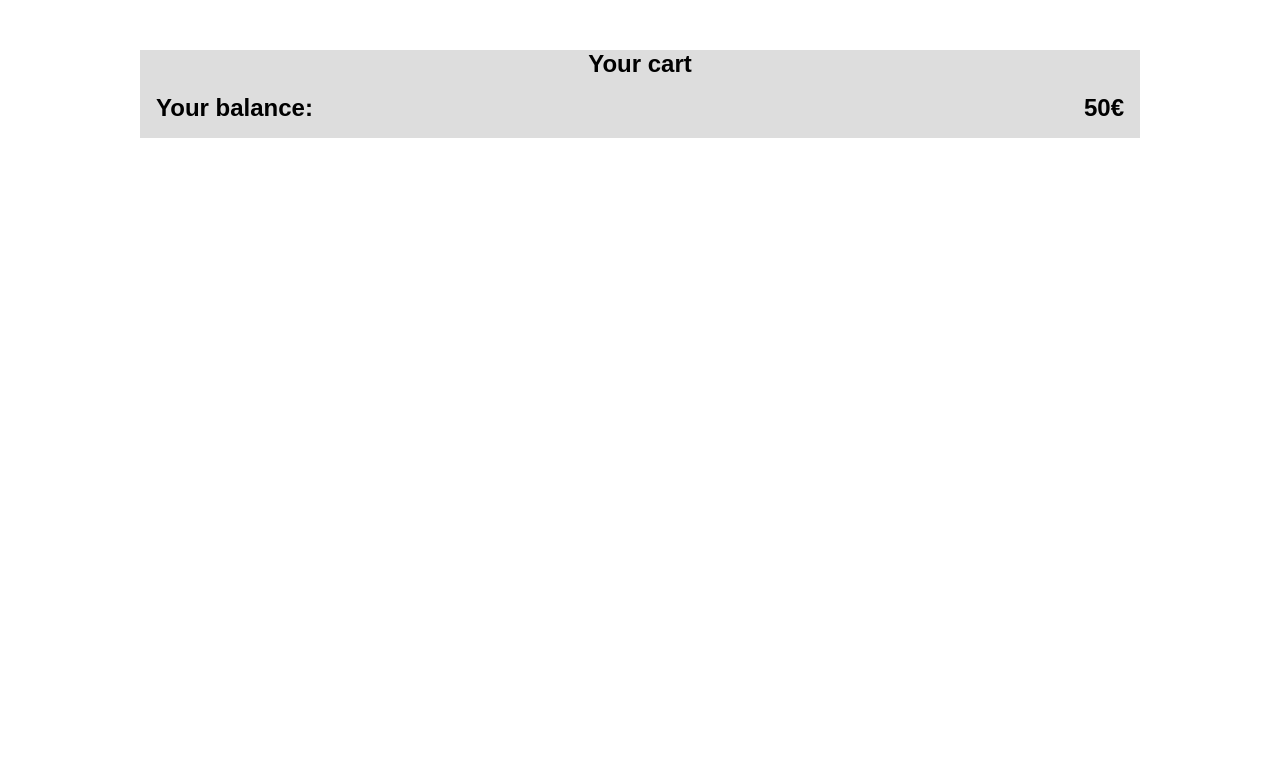
Repository: kcvijay/cart-discoutcodes
Page: /
An editor plug-in stored every save of this project. The page is shown before and after the next save, followed by the edit.
The browser window is 1280 px wide. The pictures show the whole page.
The project was rebuilt for these pictures with package versions that can differ from the ones it lists, and the page was loaded fresh each time.

Above is the page before, as saved 2023-05-17 11:24:58.

After the next save:
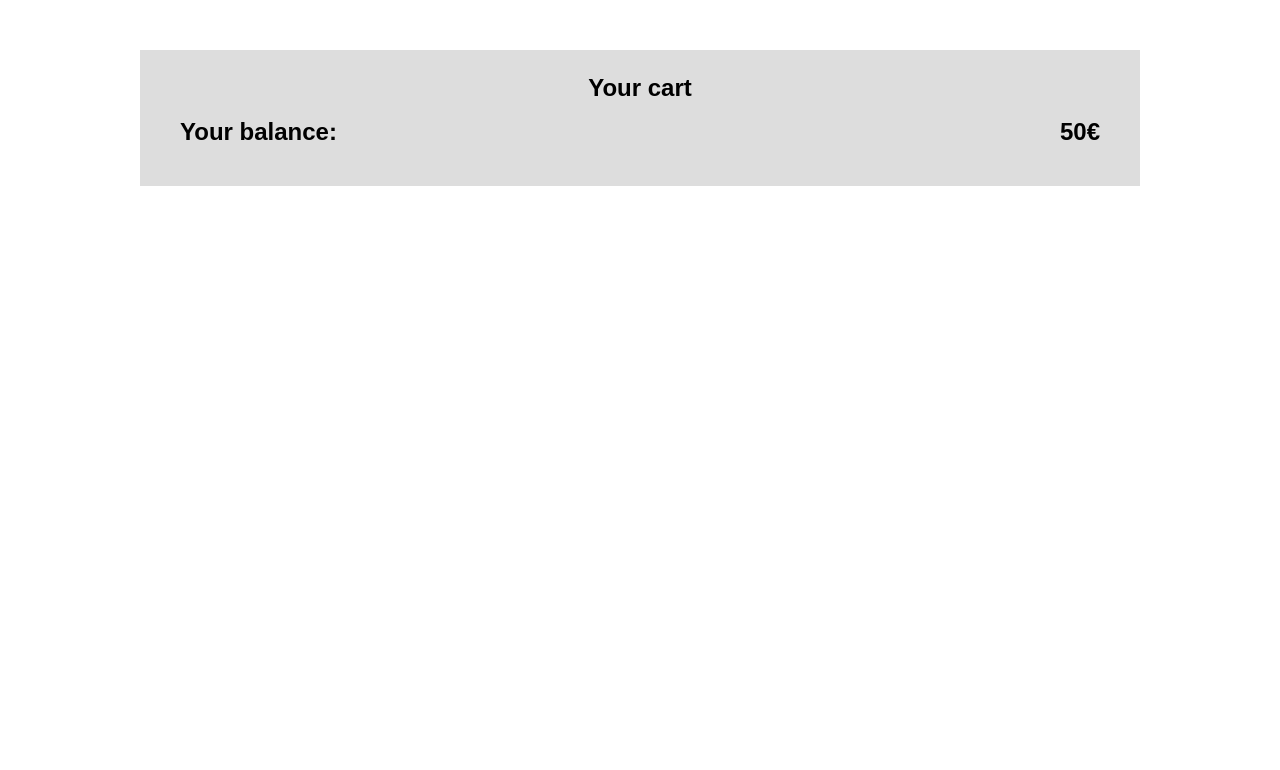
Saved 16 s later.
--- a/src/index.css
+++ b/src/index.css
@@ -16,6 +16,7 @@ body {
   min-height: auto;
   background-color: #ddd;
   margin: 50px auto;
+  padding: 1.5rem;
 }
 
 .detail-block {
